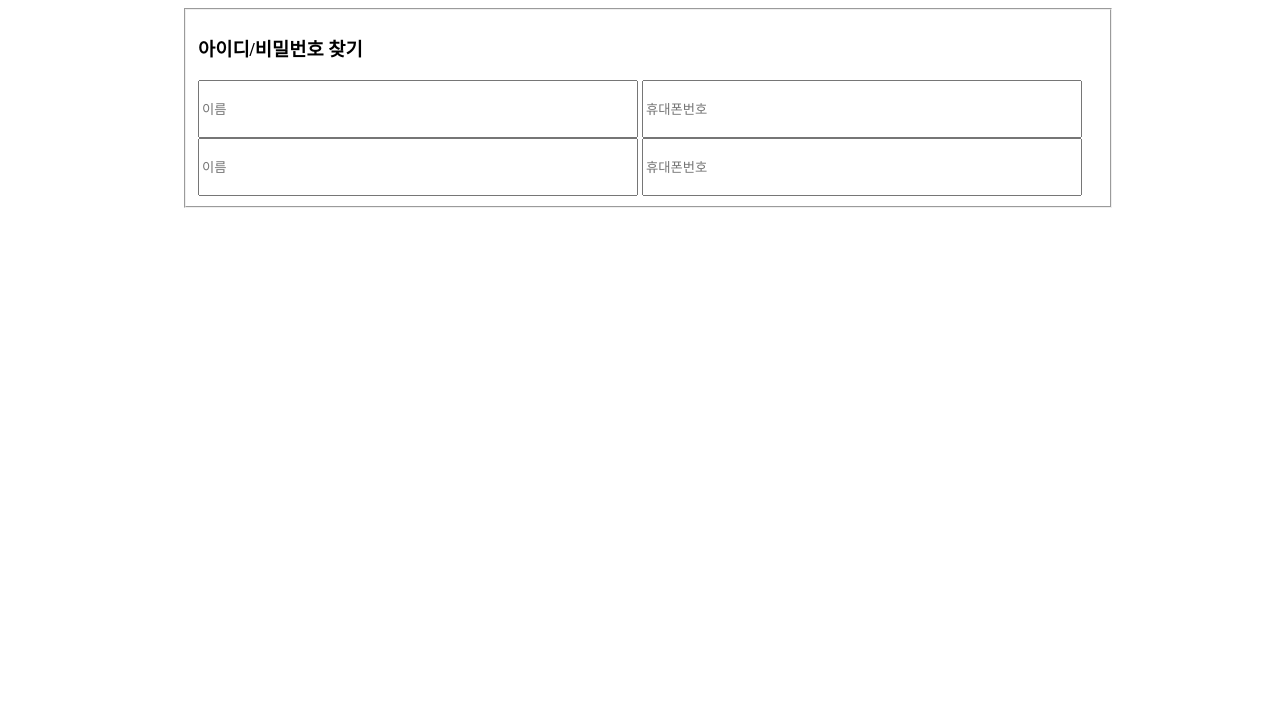
Repository: agheha/trillion
Page: YH/study_project/html/find.html
The author's editor kept a copy of each file at every save. The page is drawn from the files as they stood at one save, then again after the next save.
The browser window is 1280 px wide. The page is 1288 px wide, so the pictures cover 1288 px, including what lies to the right of the window. The pictures show the whole page.

Above is the page before, as saved 2019-09-04 18:07:04.

After the next save:
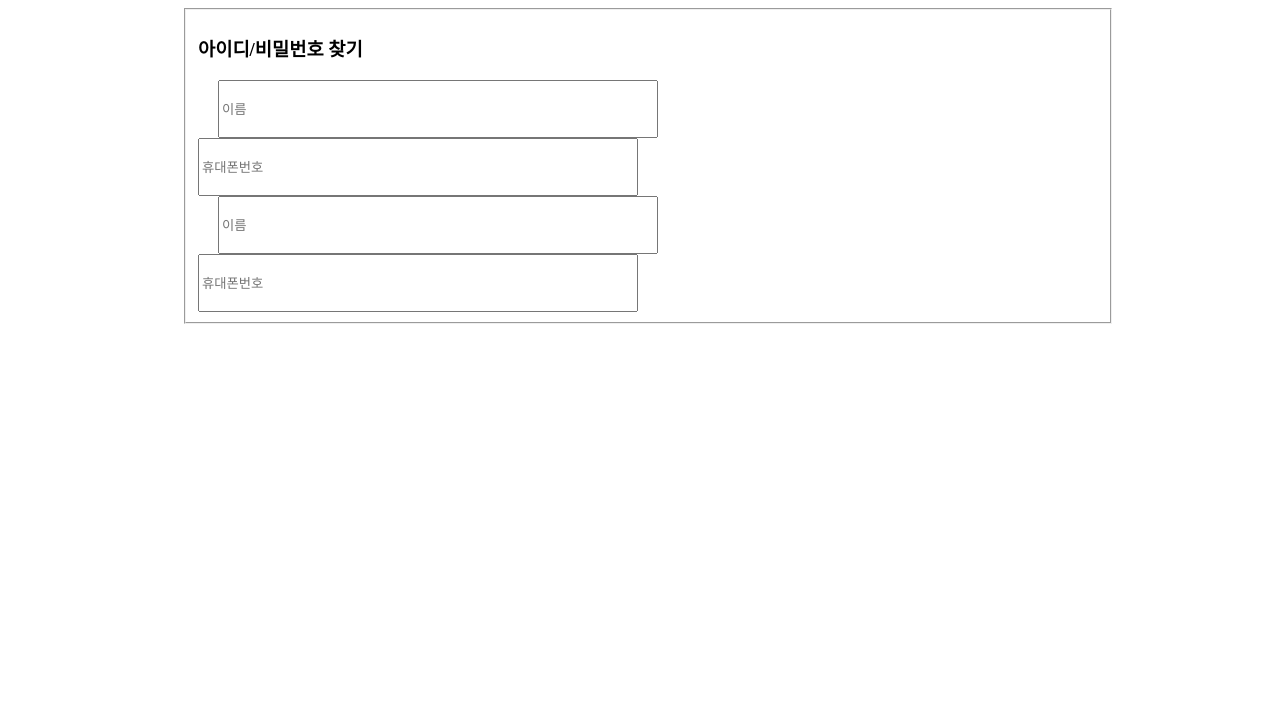
Saved 5 s later.
--- a/YH/study_project/css/find.css
+++ b/YH/study_project/css/find.css
@@ -13,5 +13,5 @@ fieldset {
 }
 span {
 
-    padding-right: 15px
+    padding : 20px;
 }
